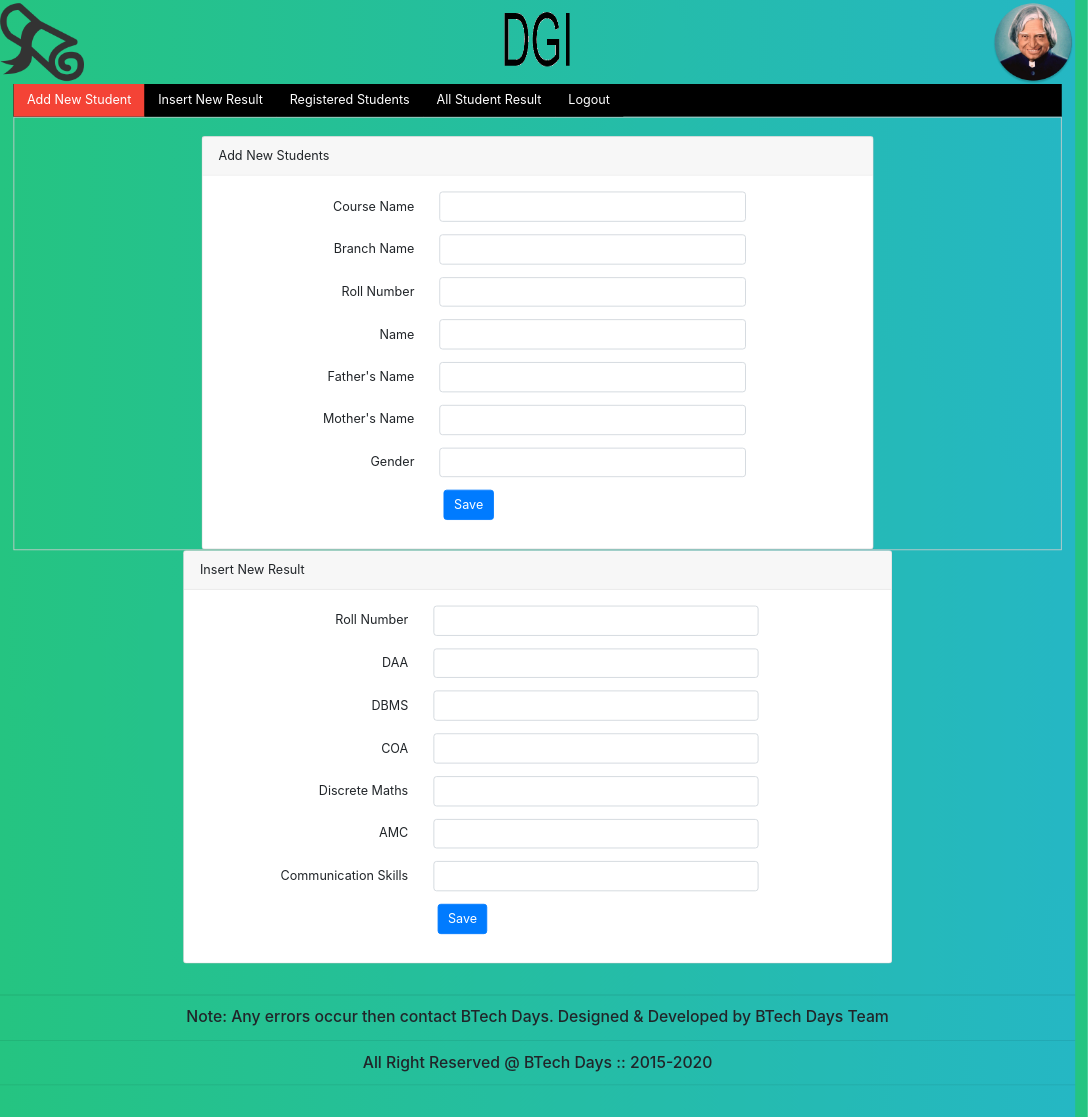
Repository: AlkaDas991/Dbms
Page: http://localhost/Student_Record_Management/adminHome.jsp
An editor plug-in stored every save of this project. The page is shown before and after the next save, followed by the edit.
The browser window is 1280 px wide. The page is 1295 px wide, then 1280 px, so the pictures cover 1295 px, including what lies to the right of the window. The pictures show the whole page, at 84% of full size.
Some web fonts or font styles are not loaded; a fallback is used. Some web libraries are served in a nearby version. The page is served by Tomcat 9. Other server files are loaded and not shown. Queries for data that is not in the repository find no rows.

Above is the page before, as saved 2021-03-10 01:35:37.
Console error: TypeError: Cannot read properties of undefined (reading 'fn')

### Student Record Management/WebContent/adminHome.jsp
<%@include file="header.html"%>
<!DOCTYPE html>
<html>
<title>DGI</title>
<body>
<img src="logo.png"  align="left"width="100" height="100">
<center><img src="dgi.png" width="100" height="100">
<img src="apj sir.png" align="right"  width="100" height="100"></center>
<div class="w3-container">
  <div class="w3-bar w3-black">
    <button class="w3-bar-item w3-button tablink w3-red" onclick="openCity(event,'London')">Add New Student</button>
    <button class="w3-bar-item w3-button tablink" onclick="openCity(event,'Paris')">Insert New Result</button>
    <button class="w3-bar-item w3-button tablink" onclick="openCity(event,'Tokyo')">Registered Students</button>
     <button class="w3-bar-item w3-button tablink" onclick="openCity(event,'Tokyo1')">All Student Result</button>
     <a href="adminLogin.html" class="w3-bar-item w3-button tablink">Logout</a>
  </div>

  <div id="London" class="w3-container w3-border city">
  <br>
   <link href="//maxcdn.bootstrapcdn.com/bootstrap/4.1.1/css/bootstrap.min.css" rel="stylesheet" id="bootstrap-css">
<script src="//maxcdn.bootstrapcdn.com/bootstrap/4.1.1/js/bootstrap.min.js"></script>
<script src="//cdnjs.cloudflare.com/ajax/libs/jquery/3.2.1/jquery.min.js"></script>
<!------ Include the above in your HEAD tag ---------->

<!doctype html>
<html lang="en">
<head>
    <!-- Required meta tags -->
    <meta charset="utf-8">
    <meta name="viewport" content="width=device-width, initial-scale=1, shrink-to-fit=no">

    <!-- Fonts -->
    <link rel="dns-prefetch" href="https://fonts.gstatic.com">
    <link href="https://fonts.googleapis.com/css?family=Raleway:300,400,600" rel="stylesheet" type="text/css">



    <link rel="icon" href="Favicon.png">

    <!-- Bootstrap CSS -->
    <link rel="stylesheet" href="https://stackpath.bootstrapcdn.com/bootstrap/4.1.3/css/bootstrap.min.css">
</head>
<body>
<main class="my-form">
    <div class="cotainer">
        <div class="row justify-content-center">
            <div class="col-md-8">
                    <div class="card">
                        <div class="card-header">Add New Students</div>
                        <div class="card-body">
                            <form name="my-form" onsubmit="return validform()" action="addNewStudent.jsp" method="post">
                                <div class="form-group row">
                                    <label for="full_name" class="col-md-4 col-form-label text-md-right">Course Name</label>
                                    <div class="col-md-6">
                                        <input type="text"  class="form-control" name="course">
                                    </div>
                                </div>

                                <div class="form-group row">
                                    <label for="email_address" class="col-md-4 col-form-label text-md-right">Branch Name</label>
                                    <div class="col-md-6">
                                        <input type="text"  class="form-control" name="branch">
                                    </div>
                                </div>

                                <div class="form-group row">
                                    <label for="user_name" class="col-md-4 col-form-label text-md-right">Roll Number</label>
                                    <div class="col-md-6">
                                        <input type="text" class="form-control" name="rollNo">
                                    </div>
                                </div>

                                <div class="form-group row">
                                    <label for="phone_number" class="col-md-4 col-form-label text-md-right">Name</label>
                                    <div class="col-md-6">
                                        <input type="text"  class="form-control" name="name">
                                    </div>
                                </div>

                                <div class="form-group row">
                                    <label for="present_address" class="col-md-4 col-form-label text-md-right">Father's Name</label>
                                    <div class="col-md-6">
                                        <input type="text"  class="form-control" name="fatherName">
                                    </div>
                                </div>

                                <div class="form-group row">
                                    <label for="present_address" class="col-md-4 col-form-label text-md-right">Mother's Name</label>
                                    <div class="col-md-6">
                                        <input type="text"  class="form-control" name="motherName">
                                    </div>
                                </div>

                                <div class="form-group row">
                                    <label for="permanent_address" class="col-md-4 col-form-label text-md-right">Gender</label>
                                    <div class="col-md-6">
                                        <input type="text" class="form-control" name="gender">
                                    </div>
                                </div>

                                    <div class="col-md-6 offset-md-4">
                                        <button type="submit" class="btn btn-primary">
                                        Save
                                        </button>
                                    </div>
                                </div>
                            </form>
                        </div>
                    </div>
            </div>
        </div>
    </div>
</main>

<script src="https://code.jquery.com/jquery-3.3.1.slim.min.js"></script>
<script src="https://cdnjs.cloudflare.com/ajax/libs/popper.js/1.14.3/umd/popper.min.js"></script>
<script src="https://stackpath.bootstrapcdn.com/bootstrap/4.1.3/js/bootstrap.min.js"></script>
</body>
  </div>

  <div id="Paris" class="w3-container w3-border city" style="display:none">
  <br>
  <link href="//maxcdn.bootstrapcdn.com/bootstrap/4.1.1/css/bootstrap.min.css" rel="stylesheet" id="bootstrap-css">
<script src="//maxcdn.bootstrapcdn.com/bootstrap/4.1.1/js/bootstrap.min.js"></script>
<script src="//cdnjs.cloudflare.com/ajax/libs/jquery/3.2.1/jquery.min.js"></script>
<!------ Include the above in your HEAD tag ---------->

<!doctype html>
<html lang="en">
<head>
    <!-- Required meta tags -->
    <meta charset="utf-8">
    <meta name="viewport" content="width=device-width, initial-scale=1, shrink-to-fit=no">

    <!-- Fonts -->
    <link rel="dns-prefetch" href="https://fonts.gstatic.com">
    <link href="https://fonts.googleapis.com/css?family=Raleway:300,400,600" rel="stylesheet" type="text/css">



    <link rel="icon" href="Favicon.png">

    <!-- Bootstrap CSS -->
    <link rel="stylesheet" href="https://stackpath.bootstrapcdn.com/bootstrap/4.1.3/css/bootstrap.min.css">

</head>
<body>

<main class="my-form">
    <div class="cotainer">
        <div class="row justify-content-center">
            <div class="col-md-8">
                    <div class="card">
                        <div class="card-header">Delete a Student Info</div>
                        <div class="card-body">
                            <form name="my-form" onsubmit="return validform()" action="insertNewResult.jsp" method="">
                            <div class="form-group row">
                                    <label for="full_name" class="col-md-4 col-form-label text-md-right">Roll Number</label>
                                    <div class="col-md-6">
                                        <input type="text"class="form-control" name="rollNo">
                                    </div>
                                </div>
                                <div class="form-group row">
                                    <label for="full_name" class="col-md-4 col-form-label text-md-right">Roll Number</label>
                                    <div class="col-md-6">
                                        <input type="text"class="form-control" name="rollNo">
                                    </div>
                                </div>





                                    <div class="col-md-6 offset-md-4">
                                        <button type="submit" class="btn btn-primary">
                                       Save
                                        </button>
                                    </div>
                                </div>
                            </form>
                        </div>
                    </div>
            </div>
        </div>
        <br>
    </div>

</main>


<main class="my-form">
    <div class="cotainer">
        <div class="row justify-content-center">
            <div class="col-md-8">
                    <div class="card">
                        <div class="card-header">Insert New Result</div>
                        <div class="card-body">
                            <form name="my-form" onsubmit="return validform()" action="insertNewResult.jsp" method="">
                                <div class="form-group row">
                                    <label for="full_name" class="col-md-4 col-form-label text-md-right">Roll Number</label>
                                    <div class="col-md-6">
                                        <input type="text"class="form-control" name="rollNo">
                                    </div>
                                </div>

                                <div class="form-group row">
                                    <label for="email_address" class="col-md-4 col-form-label text-md-right">DAA</label>
                                    <div class="col-md-6">
                                        <input type="text"  class="form-control" name="DAA">
                                    </div>
                                </div>

                                <div class="form-group row">
                                    <label for="user_name" class="col-md-4 col-form-label text-md-right">DBMS</label>
                                    <div class="col-md-6">
                                        <input type="text"  class="form-control" name="DBMS">
                                    </div>
                                </div>

                                <div class="form-group row">
                                    <label for="phone_number" class="col-md-4 col-form-label text-md-right">COA</label>
                                    <div class="col-md-6">
                                        <input type="text"  class="form-control" name="COA">
                                    </div>
                                </div>

                                <div class="form-group row">
                                    <label for="present_address" class="col-md-4 col-form-label text-md-right">Discrete Maths</label>
                                    <div class="col-md-6">
                                        <input type="text"  class="form-control" name="DM">
                                    </div>
                                </div>

                                <div class="form-group row">
                                    <label for="permanent_address" class="col-md-4 col-form-label text-md-right">AMC</label>
                                    <div class="col-md-6">
                                        <input type="text"  class="form-control" name="AMC">
                                    </div>
                                </div>

                                 <div class="form-group row">
                                    <label for="permanent_address" class="col-md-4 col-form-label text-md-right">Communication Skills</label>
                                    <div class="col-md-6">
                                        <input type="text"  class="form-control" name="CS">
                                    </div>
                                </div>


                                    <div class="col-md-6 offset-md-4">
                                        <button type="submit" class="btn btn-primary">
                                       Save
                                        </button>
                                    </div>
                                </div>
                            </form>
                        </div>
                    </div>
            </div>
        </div>
        <br>
    </div>

</main>

<script src="https://code.jquery.com/jquery-3.3.1.slim.min.js"></script>
<script src="https://cdnjs.cloudflare.com/ajax/libs/popper.js/1.14.3/umd/popper.min.js"></script>
<script src="https://stackpath.bootstrapcdn.com/bootstrap/4.1.3/js/bootstrap.min.js"></script>
</body>
</html>
  </div>

  <div id="Tokyo" class="w3-container w3-border city" style="display:none">

<section>
  <!--for demo wrap-->
  <div class="tbl-header">
    <table cellpadding="0" cellspacing="0" border="0">
      <thead>
        <tr>
         <th>Course Name</th>
          <th>Branch Name</th>
          <th>Roll Number</th>
          <th>Name</th>
          <th>Father Name</th>
          <th>Gender</th>
        </tr>
      </thead>
    </table>
  </div>
  <div class="tbl-content">
    <table cellpadding="0" cellspacing="0" border="0">
      <tbody>
      	<%@page import = "Project.ConnectionProvider" %>
      	<%@page import = "java.sql.*" %>
      	<%
      		try{
      			Connection con = ConnectionProvider.getCon();
      			Statement st = con.createStatement();
      			ResultSet rs = st.executeQuery("select * from student");
      			while(rs.next()){

      	%>
        <tr>
        <!--get values from each column  -->
          <td><%=rs.getString(1)%></td>
          <td><%=rs.getString(2)%></td>
          <td><%=rs.getString(3)%></td>
          <td><%=rs.getString(4)%></td>
          <td><%=rs.getString(5)%></td>
          <td><%=rs.getString(6)%></td>
        </tr>
      </tbody>
      <%}}
      	catch(Exception e){

      	}
      %>
    </table>
  </div>
</section>
</div>
<div id="Tokyo1" class="w3-container w3-border city" style="display:none">

<section>
  <!--for demo wrap-->
  <div class="tbl-header">
    <table cellpadding="0" cellspacing="0" border="0">
      <thead>
        <tr>
          <th>Roll Number</th>
          <th>DAA</th>
          <th>DBMS</th>
          <th>COA</th>
          <th>DM</th>
          <th>AMC</th>
          <th>CS</th>
        </tr>
      </thead>
    </table>
  </div>
  <div class="tbl-content">
    <table cellpadding="0" cellspacing="0" border="0">
      <tbody>
      <%@page import = "Project.ConnectionProvider" %>
      <%@page import = "java.sql.*" %>
      <%
      	try{
      		Connection con = ConnectionProvider.getCon();
    		Statement st = con.createStatement();
    		ResultSet rs = st.executeQuery("select * from result");
      		while(rs.next()){
      %>
        <tr>
          <td><%=rs.getString(1)%></td>
          <td><%=rs.getString(2)%></td>
          <td><%=rs.getString(3)%></td>
          <td><%=rs.getString(4)%></td>
          <td><%=rs.getString(5)%></td>
          <td><%=rs.getString(6)%></td>
          <td><%=rs.getString(7)%></td>
        </tr>
      <%}}
      catch(Exception e){}
      %>
      </tbody>
    </table>
  </div>
</section>

</div>
    <hr class="new1">
  <center><h5>Note: Any errors occur then contact BTech Days.
Designed & Developed by BTech Days Team</h5></center>
  <hr class="new1">
<center><h5>All Right Reserved @ BTech Days :: 2015-2020</h5></center>
  <hr class="new1">
<br>
</body>
</html>

### Student Record Management/src/Project/ConnectionProvider.java
package Project;
import java.sql.*;
public class ConnectionProvider {
	public static Connection getCon() {
		try {
			Class.forName("oracle.jdbc.driver.OracleDriver");
			Connection con = DriverManager.getConnection("jdbc:oracle:thin:@localhost:1521:XE","system","manager");
			return con;
		}
		catch(Exception e){
			System.out.println(e);
			return null;
		}
	}
}

Loaded but not shown: Student Record Management/WebContent/header.html (355 lines, source omitted)

After the next save:
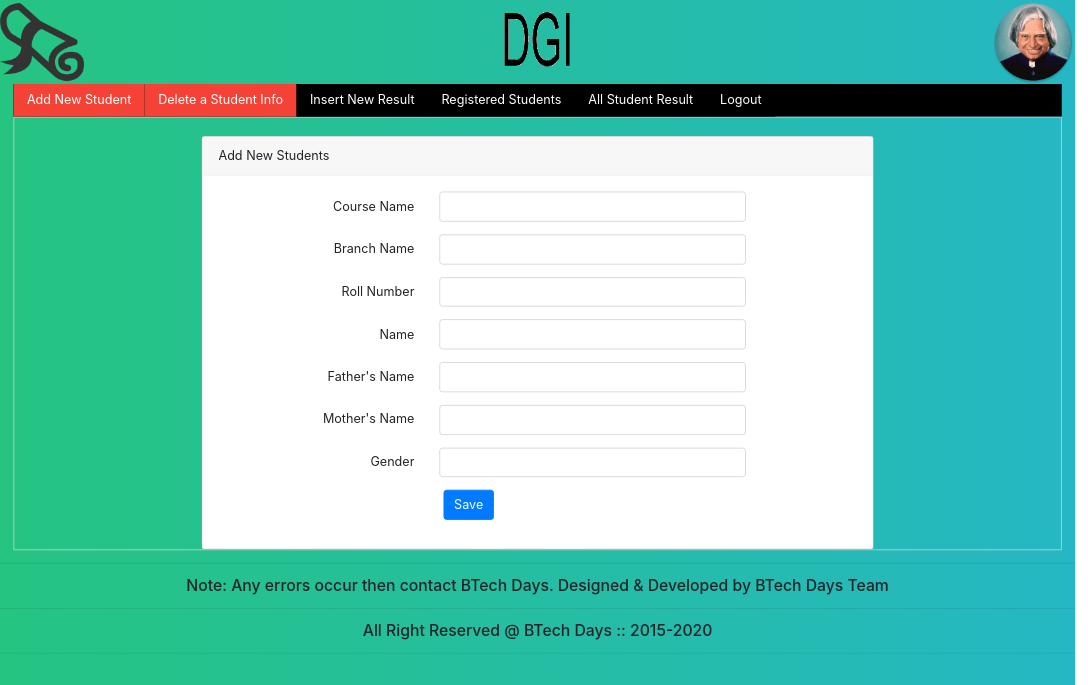
Saved 110 s later.
--- a/Student Record Management/WebContent/adminHome.jsp
+++ b/Student Record Management/WebContent/adminHome.jsp
@@ -9,6 +9,7 @@
 <div class="w3-container">
   <div class="w3-bar w3-black">
     <button class="w3-bar-item w3-button tablink w3-red" onclick="openCity(event,'London')">Add New Student</button>
+    <button class="w3-bar-item w3-button tablink w3-red" onclick="openCity(event,'London')">Delete a Student Info</button>
     <button class="w3-bar-item w3-button tablink" onclick="openCity(event,'Paris')">Insert New Result</button>
     <button class="w3-bar-item w3-button tablink" onclick="openCity(event,'Tokyo')">Registered Students</button>
      <button class="w3-bar-item w3-button tablink" onclick="openCity(event,'Tokyo1')">All Student Result</button>
@@ -145,45 +146,6 @@
 
 </head>
 <body>
-
-<main class="my-form">
-    <div class="cotainer">
-        <div class="row justify-content-center">
-            <div class="col-md-8">
-                    <div class="card">
-                        <div class="card-header">Delete a Student Info</div>
-                        <div class="card-body">
-                            <form name="my-form" onsubmit="return validform()" action="insertNewResult.jsp" method="">
-                            <div class="form-group row">
-                                    <label for="full_name" class="col-md-4 col-form-label text-md-right">Roll Number</label>
-                                    <div class="col-md-6">
-                                        <input type="text"class="form-control" name="rollNo">
-                                    </div>
-                                </div>
-                                <div class="form-group row">
-                                    <label for="full_name" class="col-md-4 col-form-label text-md-right">Roll Number</label>
-                                    <div class="col-md-6">
-                                        <input type="text"class="form-control" name="rollNo">
-                                    </div>
-                                </div>
-
-
-
-
-
-                                    <div class="col-md-6 offset-md-4">
-                                        <button type="submit" class="btn btn-primary">
-                                       Save
-                                        </button>
-                                    </div>
-                                </div>
-                            </form>
-                        </div>
-                    </div>
-            </div>
-        </div>
-        <br>
-    </div>
 
 </main>
 
